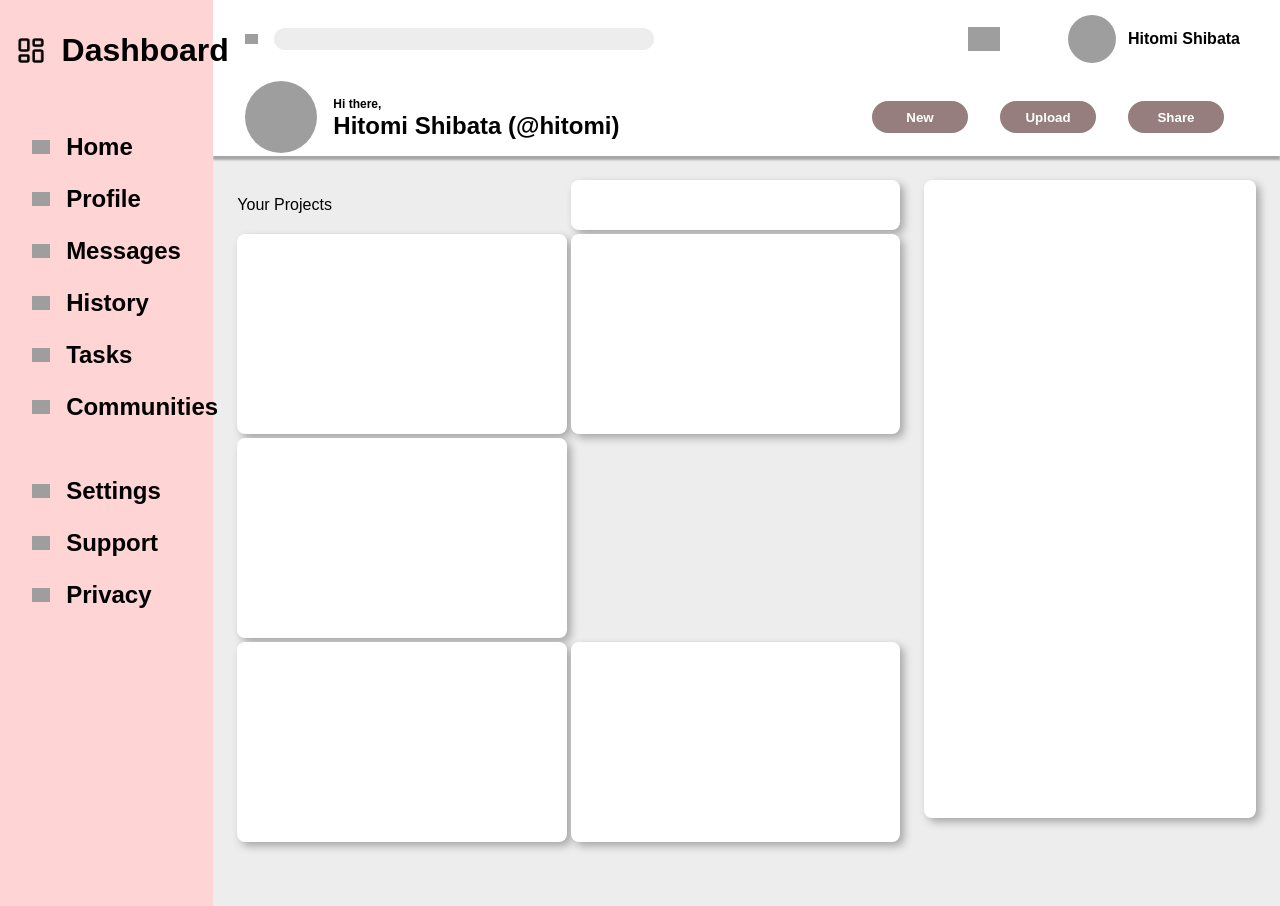
Repository: yeetzpxoci/dashboard
Page: index.html
These files come from the project's save history. The page is drawn as it stood at one moment and after the next save; the edit follows.
The browser window is 1280 px wide. The pictures show the whole page.
Pictures or frames that could not be fetched are drawn as grey boxes.

Above is the page before, as saved 2023-02-19 01:44:06.

### index.html
<!DOCTYPE html>
<html lang="en">
<head>
    <meta charset="UTF-8">
    <meta http-equiv="X-UA-Compatible" content="IE=edge">
    <meta name="viewport" content="width=device-width, initial-scale=1.0">
    <link rel="stylesheet" type="text/css" href="styles.css" />
    <title>Dashboard</title>
</head>
<body>
    <div class="sidebar">
        <div class="logo">
            <img src="dashboard-layout.png">
            <p>Dashboard</p>
        </div>

        <div class="icon-container1">
            <div class="icon">
                <img src="https://cdn-icons-png.flaticon.com/512/25/25694.png">
                <p>Home</p>
            </div>

            <div class="icon">
                <img src="https://cdn-icons-png.flaticon.com/512/6522/6522516.png">
                <p>Profile</p>
            </div>

            <div class="icon">
                <img src="https://cdn-icons-png.flaticon.com/512/739/739286.png">
                <p>Messages</p>
            </div>

            <div class="icon">
                <img src="https://cdn-icons-png.flaticon.com/512/32/32223.png">
                <p>History</p>
            </div>

            <div class="icon">
                <img src="https://www.svgrepo.com/show/79174/task-list.svg">
                <p>Tasks</p>
            </div>

            <div class="icon">
                <img src="https://icons.veryicon.com/png/o/business/classic-icon/community-12.png">
                <p>Communities</p>
            </div>
        </div>

        <div class="icon-container2">
            <div class="icon">
                <img src="https://cdn-icons-png.flaticon.com/512/126/126472.png">
                <p>Settings</p>
            </div>

            <div class="icon">
                <img src="https://upload.wikimedia.org/wikipedia/commons/thumb/1/17/FAQ_icon_%28Noun_like%29.svg/1255px-FAQ_icon_%28Noun_like%29.svg.png">
                <p>Support</p>
            </div>

            <div class="icon">
                <img src="https://cdn-icons-png.flaticon.com/512/4104/4104794.png">
                <p>Privacy</p>
            </div>
        </div>
    </div>

    <div class="header">
        <div class="search">
            <img src="https://cdn-icons-png.flaticon.com/512/3917/3917754.png">
            <input class="search-bar">
        </div>

        <img class="notification_icon" src="https://cdn-icons-png.flaticon.com/512/565/565422.png">

        <div class="profile-pic">
        </div>

        <p>Hitomi Shibata</p>

        <div class="user-info">
            <div class="profile-pic">
            </div>
            <p id="losinfo">
                <span style="font-size:12px;">Hi there,</span>
                <br>
                <span style="font-size:24px;">Hitomi Shibata (@hitomi)</span>
            </p>
        </div>
        <button>New</button>
        <button>Upload</button>
        <button>Share</button>
    </div>
    <div class="main-content">
        <div class="projects">
            <p>Your Projects</p>
            <div class="project">

            </div>

            <div class="project">

            </div>

            <div class="project">

            </div>

            <div class="project">

            </div>
            <p></p>
            <div class="project">

            </div>

            <div class="project">

            </div>
        </div>
        <div class="announcements">

        </div>
        <div class="trending">

        </div>
    </div>
</body>
</html>

### styles.css
html,
body {
    margin: 0;
    padding: 0;
    height: 100%;
}

body {
    min-height: 100vh;
    display: grid;
    grid-template-columns: 1fr 5fr;
    grid-template-rows: 1fr 4fr;
    font-family: Arial, Helvetica, sans-serif;
}

.sidebar {
    background-color: #FFD4D4;
    grid-column: 1 / 2;
    grid-row: 1 / 3;
    display: grid;
    grid-template-rows: 0.75fr 2fr 1fr 2fr;
    padding-left: 16px;
    gap: 32px;
    z-index: 2;
}

.icon-container1 {
    display: flex;
    flex-direction: column;
}

.icon-container2 {
    display: flex;
    flex-direction: column;
}

.logo, .icon {
    display: flex;
    align-items: center;
    font-weight: bold;
    gap: 16px;
}

.logo {
    font-size: 32px;
    align-self: baseline;
}

.icon {
    margin-top: -24px;
    font-size: 24px;
    margin-left: 16px;
}

.logo img {
    width: 15%;
}

.icon img {
    width: 10%;
}


.header {
    background-color: white;
    grid-column: 2 / 3;
    grid-row: 1 / 2;
    display: grid;
    grid-template-columns: 13fr 1fr 1fr 2fr;
    grid-template-rows: 1fr 1fr;
    padding-right: 24px;
    box-shadow: 0px 4px 2px rgb(0, 0, 0, 0.3);
    z-index: 1;
}

.search {
    display: flex;
    justify-content: flex-start;
    align-items: center;
    gap: 16px;
    margin-left: 32px;
}

.search img{
    width: 2%;
}

.search input {
    width: 60%;
    border-radius: 12px;
    border-width: 0px;
    background-color: #eeeded;
    height: 25%;
}

.notification_icon {
    width: 25%;
    align-self: center;
    justify-self: end;
}

.profile-pic {
    border-radius: 50%;
    background-image: url("https://i.pinimg.com/originals/49/c0/e8/49c0e871fbe0be71396aa94fe1d93ddc.jpg");
    background-position: center;
    background-size: cover;
    background-repeat: no-repeat;
    overflow: hidden;
}

.header > .profile-pic {
    width: 48px;
    height: 48px;
    align-self: center;
    justify-self: end;
    margin-right: 12px;
}

.user-info {
    display: flex;
    gap: 16px;
}

.user-info > .profile-pic {
    width: 72px;
    height: 72px;
    margin-left: 32px;
    align-self: center;
}

.header p {
    align-self: center;
    font-weight: bolder;
    justify-self: baseline;
}

button {
    height: 40%;
    width: 96px;
    align-self: center;
    justify-self: baseline;
    background-color: #977e7e;
    border-radius: 24px;
    border-width: 0px;
    color: white;
    margin-right: 32px;
    font-weight: bold;
}

.main-content {
    background-color: #eeeded;
    grid-column: 2 / 3;
    grid-row: 2 / 3;
    padding-left: 24px;
    padding-right: 24px;
    padding-top: 24px;
    padding-bottom: 64px;
    display: grid;
    grid-template-columns: 2fr 1fr;
    grid-template-rows: 1fr;
    gap: 24px;
}

.projects {
    width: 100%;
    display: grid;
    grid-template-columns: repeat(2, 1fr);
    grid-template-rows: 1fr 4fr 4fr 4fr;
    gap: 4px;
    grid-column: 1 / 2;
    grid-row: 1 / 3;
}

.project {
    background-color: white;
    border-radius: 8px;
    box-shadow: 4px 4px 8px rgb(0, 0, 0, 0.3);
}

.announcements {
    width: 100%;
    display: grid;
    grid-template-rows: 1fr 1fr 1fr;
    grid-row: 1 / 2;
    background-color: white;
    border-radius: 8px;
    box-shadow: 4px 4px 8px rgb(0, 0, 0, 0.3);
}

.trending {
    width: 100%;
    display: grid;
    grid-template-rows: 1fr 1fr 1fr;
    background-color: aqua;
    grid-row: 2 / 3;
    background-color: white;
    border-radius: 8px;
    box-shadow: 4px 4px 8px rgb(0, 0, 0, 0.3);
}

After the next save:
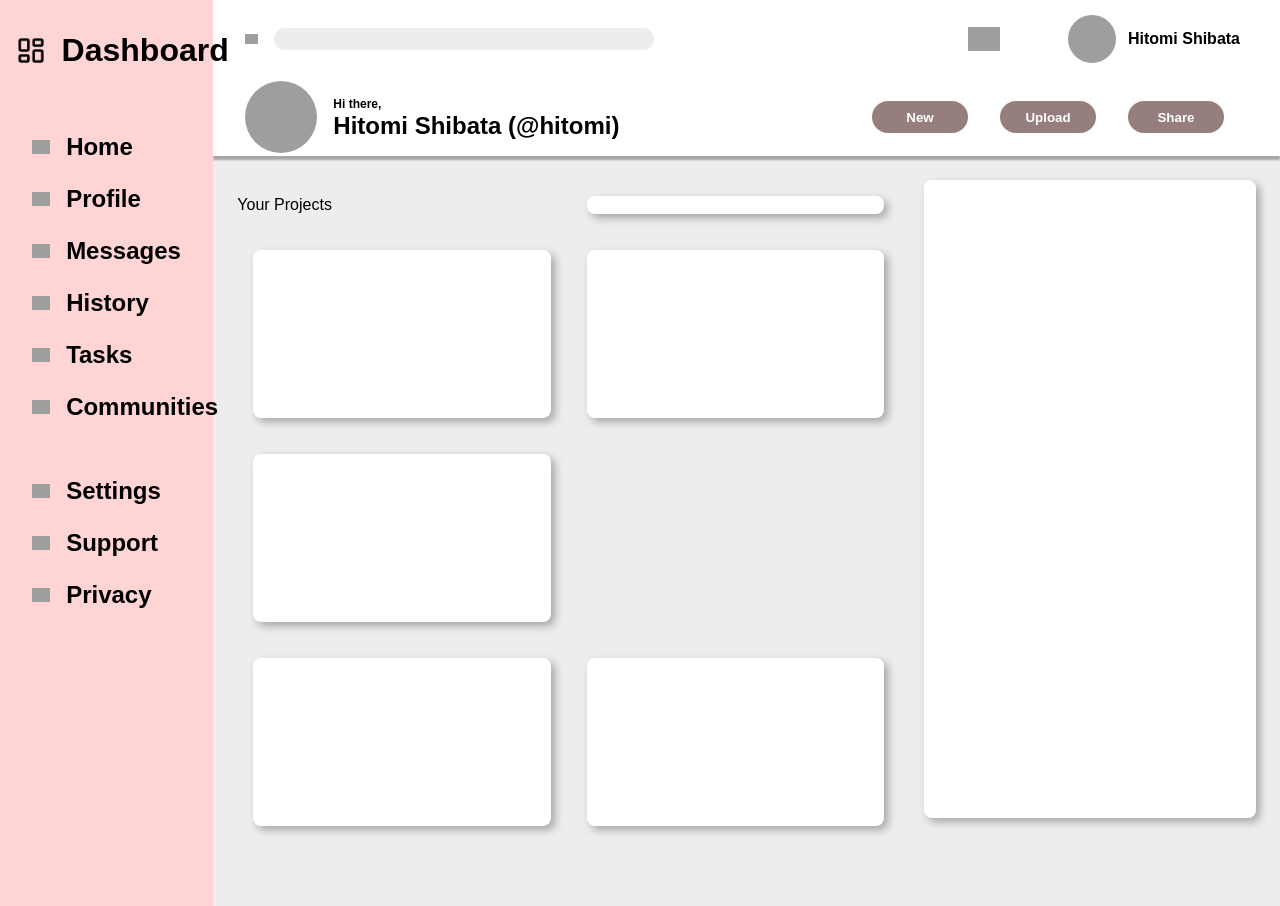
Saved 96 s later.
--- a/styles.css
+++ b/styles.css
@@ -175,6 +175,7 @@ button {
     background-color: white;
     border-radius: 8px;
     box-shadow: 4px 4px 8px rgb(0, 0, 0, 0.3);
+    margin: 16px;
 }
 
 .announcements {
